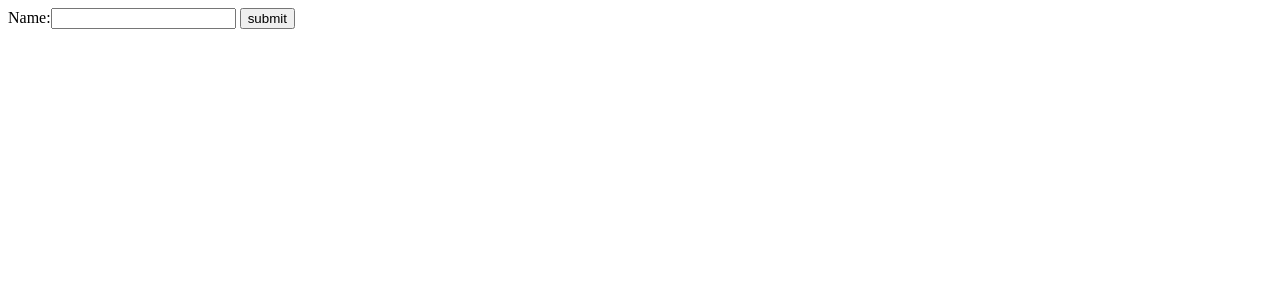
Repository: atafs/BackEnd_JAX-RS
Page: http://localhost/RESTfullWebService_02_CLIENT_Javascript/client.jsp
An editor plug-in stored every save of this project. The page is shown before and after the next save, followed by the edit.
The browser window is 1280 px wide. The pictures show the whole page.
The page is served by Tomcat 9.

Above is the page before, as saved 2015-10-07 21:12:07.

### RESTfullWebService_02_CLIENT_Javascript/WebContent/client.jsp
<%@ page language="java" contentType="text/html; charset=ISO-8859-1" pageEncoding="ISO-8859-1"%>
<!DOCTYPE html PUBLIC "-//W3C//DTD HTML 4.01 Transitional//EN" "http://www.w3.org/TR/html4/loose.dtd">
<html>
<head>
<meta http-equiv="Content-Type" content="text/html; charset=ISO-8859-1">
<title>UPDATE USER</title>

<!-- JAVASCRIPT -->
<script >
	function loadResponse() {
		var xmlhttp = new XMLHttpRequest();
		xmlhttp.onreadystatechange = function() {
			if(xmlhttp.readyState == 4 && xmlhttp.status == 200) {
				document.getElementById("myDiv").innerHTML = xmlhttp.responseText;
			}
		}
		xmlhttp.open("PUT", "http://localhost:8085/RESTfullWebService_01/backend/user/service/create", true)
		xmlhttp.send();
	}
</script>
</head>
	<body>
		<form method="post" action="http://localhost:8085/RESTfullWebService_01/backend/user/service">
			Name:<input type="text" name="username"/>
			<input type="submit" value="submit"/>
		</form>
	</body>
</html>

After the next save:
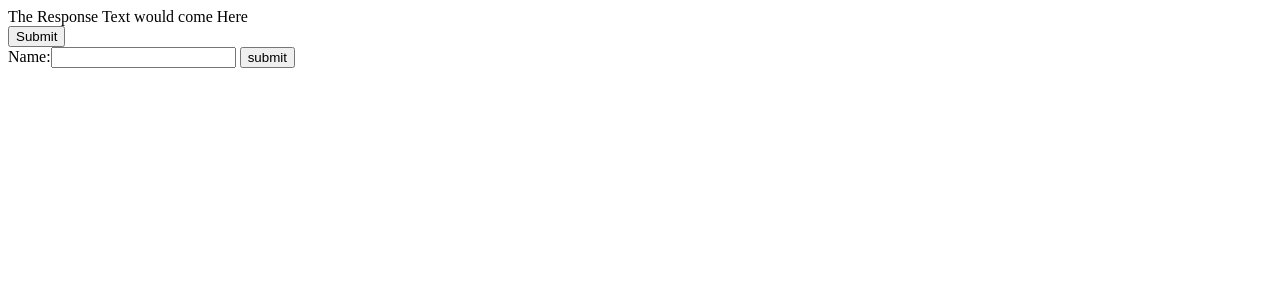
Saved 2 min 27 s later.
--- a/RESTfullWebService_02_CLIENT_Javascript/WebContent/client.jsp
+++ b/RESTfullWebService_02_CLIENT_Javascript/WebContent/client.jsp
@@ -20,6 +20,10 @@
 </script>
 </head>
 	<body>
+
+		<div id="myDiv">The Response Text would come Here</div>
+		<button type="button" onclick="loadResponse()">Submit</button>
+
 		<form method="post" action="http://localhost:8085/RESTfullWebService_01/backend/user/service">
 			Name:<input type="text" name="username"/>
 			<input type="submit" value="submit"/>
